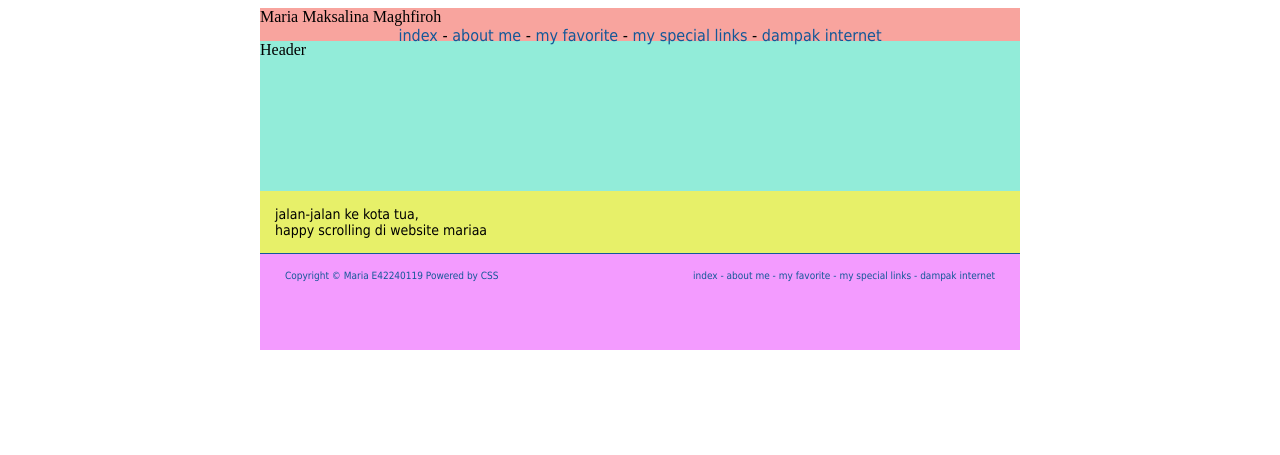
Repository: Bearli-py/latihan_bisdig
Page: index.html
These files come from the project's save history. The page is drawn as it stood at one moment and after the next save; the edit follows.
The browser window is 1280 px wide. The pictures show the whole page.

Above is the page before, as saved 2025-09-09 16:12:15.

### index.html
<!DOCTYPE html>
<html lang="en">
<head>
    <meta charset="UTF-8">
    <meta name="viewport" content="width=device-width, initial-scale=1.0">
    <link rel="stylesheet" href="style.css">
    <title>Judul</title>

</head>
<body>
    <div id="page-container"> Maria Maksalina Maghfiroh
        <div id="main-nav"><a href="index.html">index</a> -
            <a href="about.html">about me</a> -
            <a href="fav.html">my favorite</a> -
            <a href="links.html">my special links</a> -
            <a
            href="dampak.html">dampak
            internet</a></div>
        <div id="header">Header</div>
        <div id="content">jalan-jalan ke kota tua,<br />
            happy scrolling di website mariaa</div>
        <div id="footer"><div id="altnav">
            <a href="index.html">index</a> -
            <a href="about.html">about me</a> -
            <a href="fav.html">my favorite</a> -
            <a href="links.html">my special links</a> -
            <a
            href="dampak.html">dampak
            internet</a>
            </div>
            Copyright &copy; Maria E42240119 Powered by CSS</div>
    </div>

</body>
</html>

### style.css
#page-container {
    width: 760px;
    margin: auto;
    background: rgb(248, 164, 158);
    text-align: left;
}
#header {
    background: rgb(146, 236, 217);
    height: 150px;
}
#content {
    background: rgb(231, 240, 105);
}
#footer {
    background: rgb(243, 155, 255);
    height: 66px;
}
#main-nav {
    height: 15px;
    text-align:center;
    font-family: Tahoma, Arial, Helvetica, Sans-serif;
}
#main-nav a{
    color: #135899;
    text-decoration: none;
}
#main-nav a:hover{color: #db6d16;}
#footer {
    height: 70px;
    font-family: Tahoma, Arial, Helvetica, Sans-serif;
    font-size: 10px;
    color: #135899;
    border-top: 1px solid #135899;
    padding: 13px 25px;
    line-height: 18px;
}
#footer a {
    color: #135899;
    text-decoration: none;
}
#footer a:hover {
    color: #db6d16;
}
#footer #altnav {
    width: 350px;
    float: right;
    text-align: right;
}
#content {
    font-family:Tahoma, arial, helvetica, sans-serif;
    font-size:14px;
    padding: 15px 15px;}

After the next save:
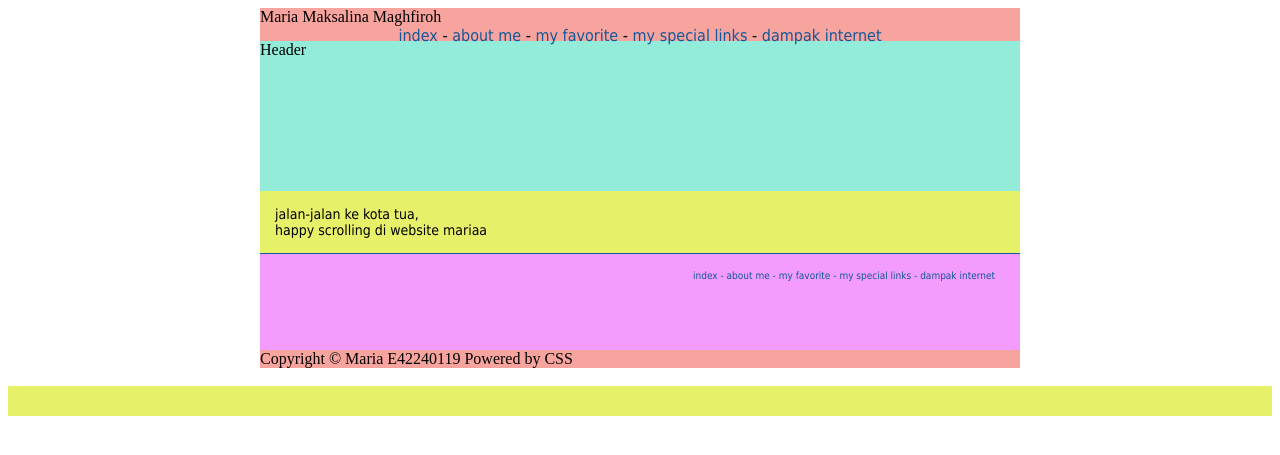
Saved 12 min 25 s later.
--- a/index.html
+++ b/index.html
@@ -14,8 +14,7 @@
             <a href="fav.html">my favorite</a> -
             <a href="links.html">my special links</a> -
             <a
-            href="dampak.html">dampak
-            internet</a></div>
+            href="dampak.html">dampak internet</a></div>
         <div id="header">Header</div>
         <div id="content">jalan-jalan ke kota tua,<br />
             happy scrolling di website mariaa</div>
@@ -25,11 +24,13 @@
             <a href="fav.html">my favorite</a> -
             <a href="links.html">my special links</a> -
             <a
-            href="dampak.html">dampak
-            internet</a>
+            href="dampak.html">dampak internet</a>
             </div>
+        </div>
             Copyright &copy; Maria E42240119 Powered by CSS</div>
-    </div>
+            </div>
+    <div id="side_bar">&nbsp;</div>
+    <div id="content">
 
 </body>
 </html>
